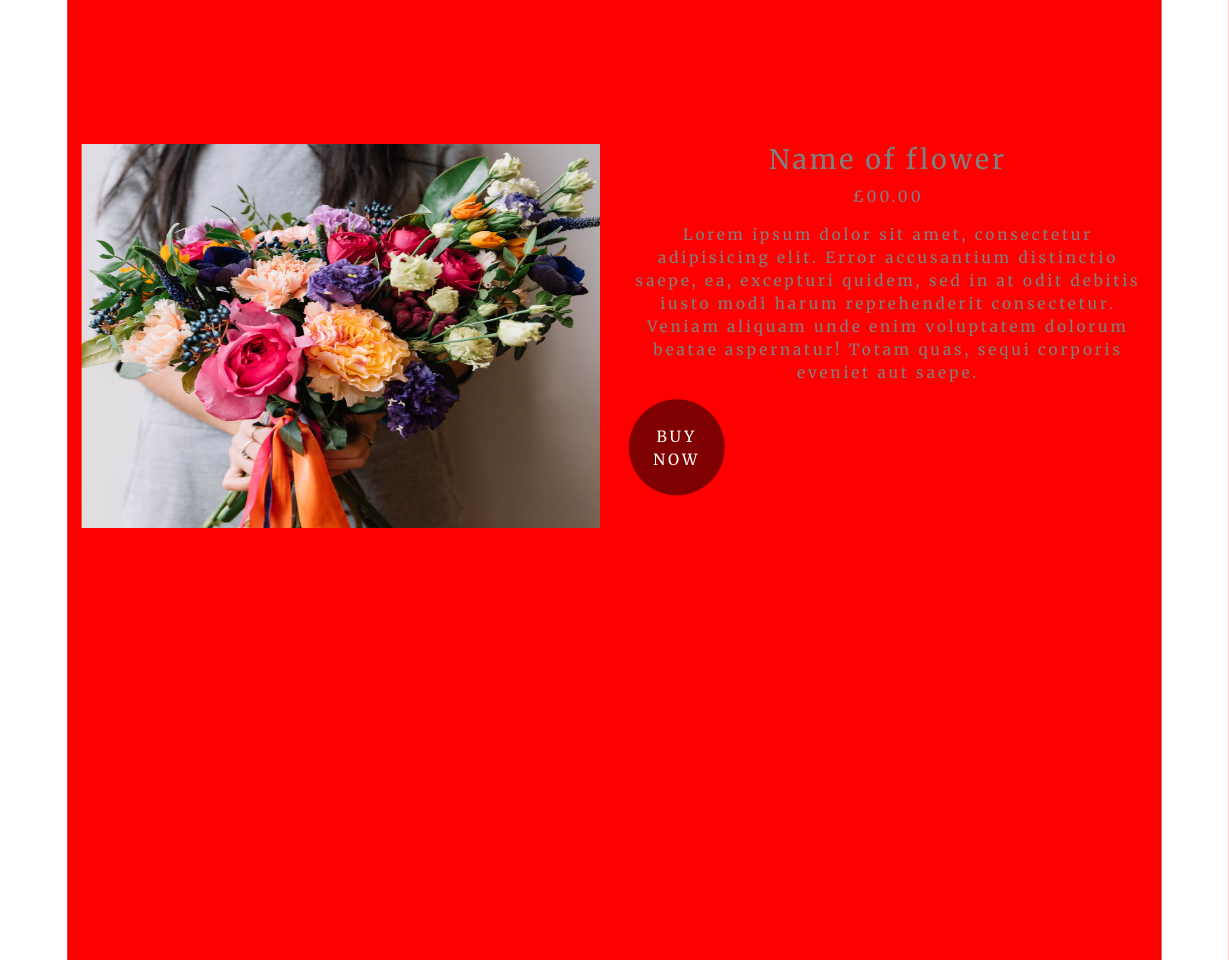
Repository: GarySimons/One-Milestone-Project
Page: flower1.html
The author's editor kept a record of every edit. The page is drawn from the files as they stood at one moment, then again after the next edit.
The browser window is 1280 px wide. The pictures show the whole page, at 96% of full size.

Above is the page before.

### flower1.html
<!DOCTYPE html>
<html lang="en">

<head>
  <meta charset="UTF-8">
  <meta name="viewport" content="width=device-width, initial-scale=1.0">
  <meta http-equiv="X-UA-Compatible" content="ie=edge">
  <link rel="stylesheet" href="https://stackpath.bootstrapcdn.com/bootstrap/4.3.1/css/bootstrap.min.css" type="text/css" />
  <link rel="stylesheet" href="https://stackpath.bootstrapcdn.com/font-awesome/4.7.0/css/font-awesome.min.css" type="text/css" />
  <link rel="stylesheet" href="https://cdnjs.cloudflare.com/ajax/libs/hover.css/2.3.1/css/hover-min.css" type="text/css" />
  <link rel="stylesheet" href="assets/style.css" type="text/css" />
  <title>Wild Bunch Florist</title>
</head>

<body>
  <div class="container flowercontainer">
    <div class="row">
      <div class="col-sm-12 col-md-6 FlowerImage">
        <img src="assets/images/flower1.jpg" width="100%" height="400px" alt="Flower1">
      </div>
      <div class="col-sm-12 col-md-6 ">
        <h3 class="FlowerText">Name of flower</h3>
        <p class="FlowerText">
          £00.00
        </p>
        <p class="FlowerText">
          Lorem ipsum dolor sit amet, consectetur adipisicing elit. Error accusantium distinctio saepe, ea, excepturi quidem, sed in at odit debitis iusto modi harum reprehenderit consectetur. Veniam aliquam unde enim voluptatem dolorum beatae aspernatur! Totam
          quas, sequi corporis eveniet aut saepe.
        </p>
        <button type="button" class="btn btn-light buy-button">BUY NOW</button>
      </div>
    </div>
  </div>
  </div>
  </div>
</body>

</html>

### assets/style.css
@import url('https://fonts.googleapis.com/css?family=Merriweather&display=swap:100,200,300,400,500,600,700');


/* ------------------------------------------General */

body {
    font-family: 'Merriweather', serif;
    font-weight: 300;
    color: #808080;
    letter-spacing: 3px;
}

.body {
    font-family: 'Merriweather', serif;
    font-weight: 300;
    color: #808080;
}

.white-text {
    color: #fff;
}

.intro-container {
    height: 100vh;

    position: relative;

    background: url(./images/flower_main_big.jpg) no-repeat center center fixed;
    -webkit-background-size: cover;
    -moz-background-size: cover;
    -o-background-size: cover;
    background-size: cover;

    display: flex;
    align-items: center;
    justify-content: center;
}

.shop-container {
    height: 100%;
    padding-top: 30px;
    background-color: #fff;
}

.about-container {
    height: 100%;
    padding-top: 30px;
    background-color: #fff;

    display: flex;
    align-items: center;
    justify-content: center;
}

.contact-container {
    height: 100%;
    padding-top: 30px;
    padding-bottom: 30px;
    background-color: #808080;
}

.social-container {
    padding-top: 0px;
    padding-bottom: 20px;
    background-color: #fff;
}

.space-container {
        background-color: #fff;
        text-align: center;
        padding-top: 20px;
        padding-bottom: 20px;
}

/* ------------------------------------------Navbar */

.nav-container {
    position: absolute;
    top: 0;
    left: 0;
    padding-left: 0;
    padding-right: 0;
    z-index: 1;
}

.navbar {
    margin-bottom: 0;
    border: 0;
    width: 100%;
    background-color: rgba(0,0,0,0.5);
}

.navbar .navbar-toggler {
    border: 0;
}

/* ------------------------------------------Home Page */

.intro {
    font-family: 'Merriweather', serif;
    font-weight: 300;
    color: #fff;
    text-align: center;
    letter-spacing: 3px;
}

.round-button {
    height: 100px;
    width: 100px;
    border-radius: 50%;
    border: 0;
    color: #fff;
    background-color: rgba(0,0,0,0.5);
    letter-spacing: 3px;
}

.round-button:hover {
    color: #fff;
    background-color: #660066;
}

/* ------------------------------------------Shop page */

.Head2 {
    font-family: 'Merriweather', serif;
    font-weight: 300;
    color: #808080;
    text-align: center;
    letter-spacing: 3px;
}

.subhead {
    font-family: 'Merriweather', serif;
    font-size: 20px;
    font-weight: 300;
    color: #808080;
    text-align: center;
    letter-spacing: 3px;
}

.flower {
    padding-bottom: 30px;
    font-family: 'Merriweather', serif;
    font-weight: 700;
    color: red;
    text-align: center;
    font-size: 12px;
    letter-spacing: 3px;
}

.flower-prices {
    font-family: 'Merriweather', serif;
    font-weight: 100;
    color: red;
    text-align: center;
    font-size: 3px;
    padding-bottom: 10px;
    letter-spacing: 3px;
}

/* ------------------------------------------Footer Social */

footer {
    background-color: #fff;
    color: #fff;
    text-align: center;
    min-height: 60px;
    margin: 0;
}


.social-links {
    padding-top: 35px;
    padding-bottom: 15px;
    color: #808080;
}

.social-links li a i {
    width: 40px;
    height: 40px;
    padding: 20px 10px;
    border-radius: 50%;
    font-size: 25px;
    line-height: 4px;
    text-align: center;
    color: #fff;
    background: #808080;

}

.social-links li a i:hover {
    background: #660066;
}

/* ------------------------------------------Flower Pages */

.FlowerImage {
    display: flex;
    align-items: center;
    justify-content: center;
}

.flowercontainer {
    padding-top: 150px;
    height: 1000px;
    position: relative;
    background-color: red;
}

.FlowerText {
    font-family: 'Merriweather', serif;
    font-weight: 300;
    color: #808080;
    text-align: center;
    letter-spacing: 3px;
}

.buy-button {
    height: 100px;
    width: 100px;
    border-radius: 50%;
    border: 0;
    color: #fff;
    position: center;
    background-color: rgba(0,0,0,0.5);
    letter-spacing: 3px;
}

.buy-button:hover {
    color: #fff;
    background-color: #660066;
}

After the next edit:
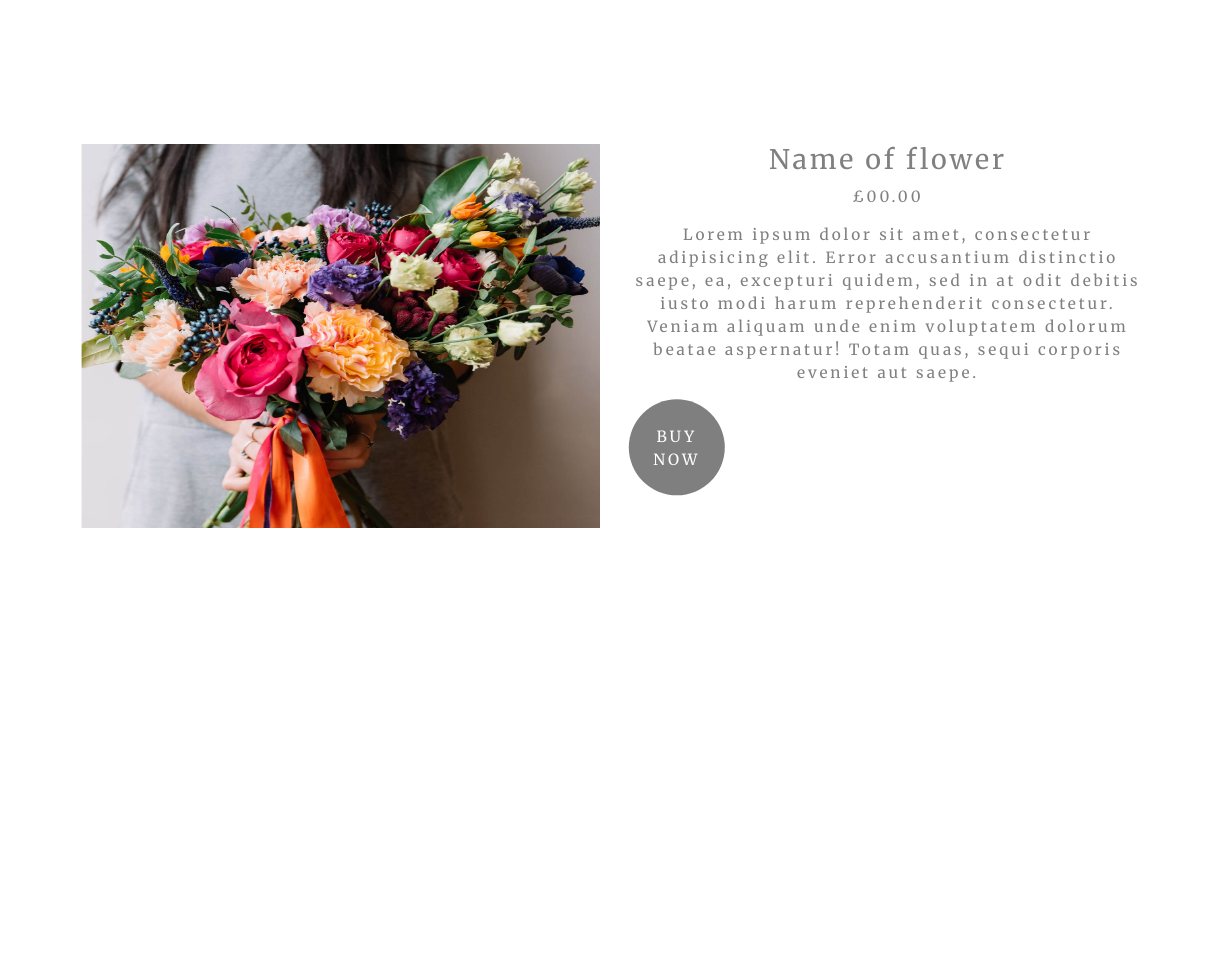
The edit:
--- a/assets/style.css
+++ b/assets/style.css
@@ -204,7 +204,7 @@
     padding-top: 150px;
     height: 1000px;
     position: relative;
-    background-color: red;
+    background-color: #fff;
 }
 
 .FlowerText {
